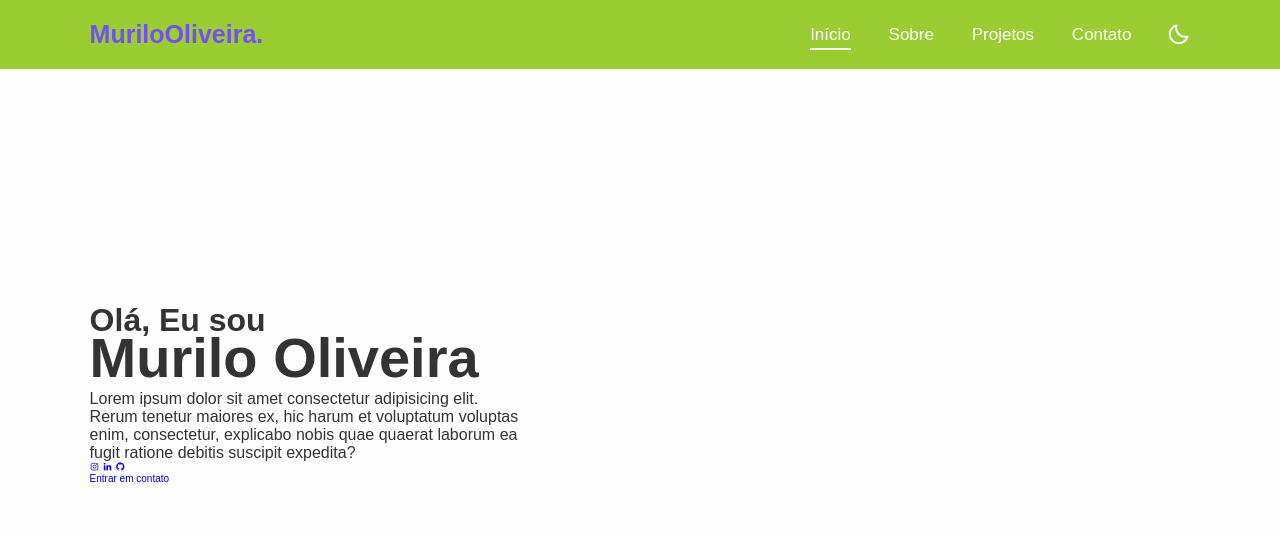
Repository: devMuriloOliveira/Portfolio-
Page: index.html
The author's editor kept a copy of each file at every save. The page is drawn from the files as they stood at one save, then again after the next save.
The browser window is 1280 px wide. The pictures show the whole page.

Above is the page before, as saved 2023-03-10 15:57:23.

After the next save:
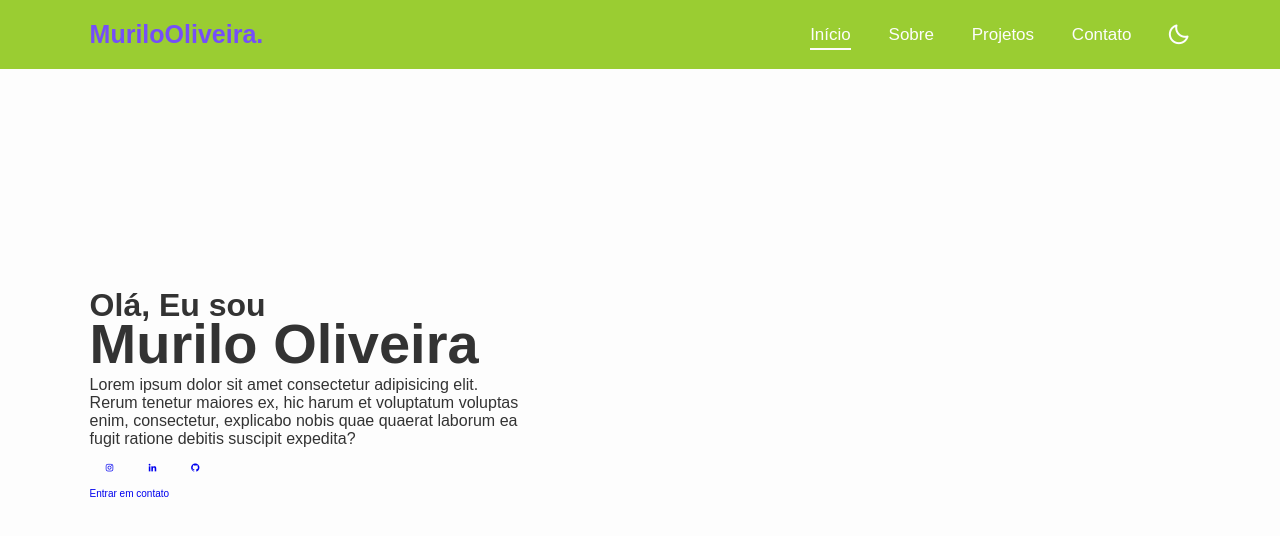
Saved 13 min 31 s later.
--- a/style.css
+++ b/style.css
@@ -99,3 +99,11 @@ section{
 .inicio-content p{
   font-size: 1.6rem;
 }
+
+.inicio-content .social-media a{
+  display: inline-flex;
+  justify-content: center;
+  align-items: center;
+  width: 4rem;
+  height: 4rem;
+}
